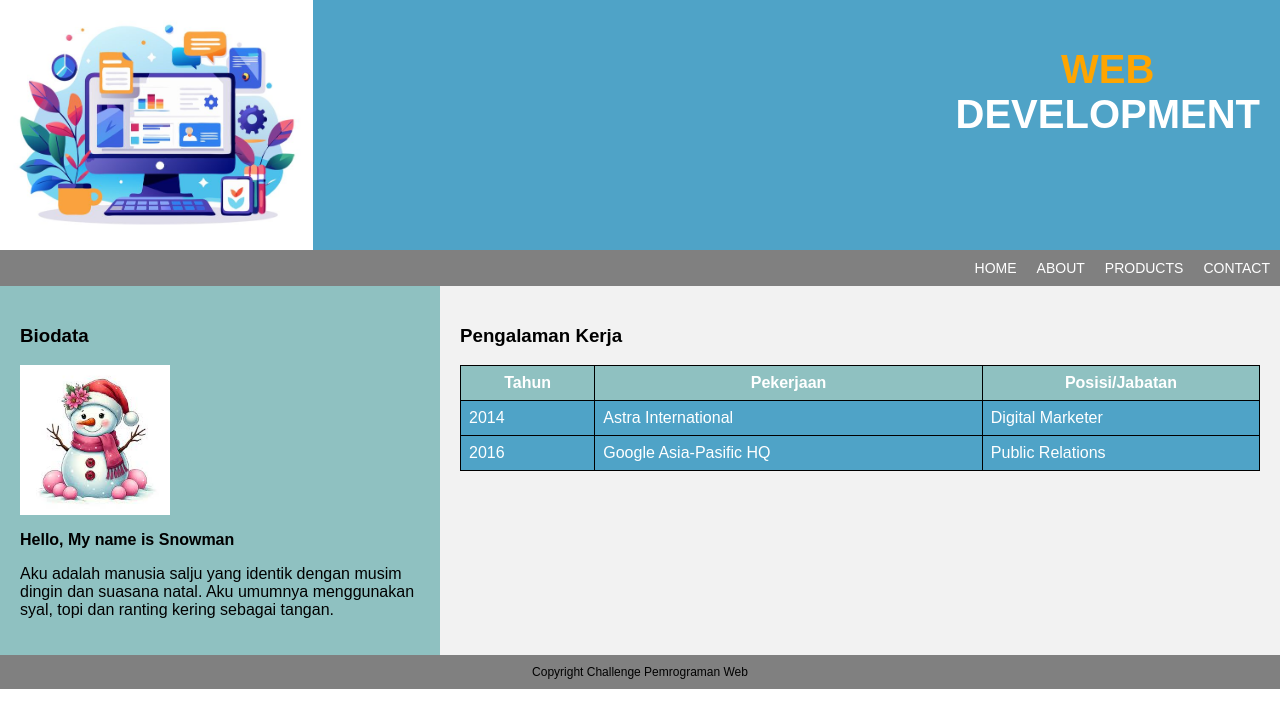
Repository: razitazhr/Pertemuan-6_24.116194
Page: Pertemuan 5/Challenge 5.html
An editor plug-in stored every save of this project. The page is shown before and after the next save, followed by the edit.
The browser window is 1280 px wide. The pictures show the whole page.

Above is the page before, as saved 2026-05-03 22:26:15.

### Pertemuan 5/Challenge 5.html
<!DOCTYPE html>
<html lang="en">
<head>
    <meta charset="UTF-8">
    <meta name="viewport" content="width=device-width, initial-scale=1.0">
    <title>Challenge 5_24.11.6194</title>
    <link rel="stylesheet" href="style.css">
</head>
<body>
    <div class="header">
        <div class="header">
            <div class="overlay">
                <h1><span>WEB</span>
                    <br>DEVELOPMENT</h1>
            </div>
        </div>
    </div>
    <div class="navbar">
        <a href="#">HOME</a>
        <a href="#">ABOUT</a>
        <a href="#">PRODUCTS</a>
        <a href="#">CONTACT</a>
    </div>
    <div class="container">
        <div class="biodata">
            <h3>Biodata</h3>
            <img src="snowman.jpg" alt="">
            <p><b>Hello, My name is Snowman</b></p>
            <p>Aku adalah manusia salju yang identik dengan musim dingin dan suasana natal. Aku umumnya menggunakan syal, topi dan ranting kering sebagai tangan.</p>
        </div>
        <div class="pengalaman">
        <h3>Pengalaman Kerja</h3>
        <table>
            <tr>
                <th>Tahun</th>
                <th>Pekerjaan</th>
                <th>Posisi/Jabatan</th>
            </tr>
            <tr>
                <td>2014</td>
                <td>Astra International</td>
                <td>Digital Marketer</td>
            </tr>
            <tr>
                <td>2016</td>
                <td>Google Asia-Pasific HQ</td>
                <td>Public Relations</td>
            </tr>
        </table>
    </div>
    </div>
    <div class="footer">
        Copyright Challenge Pemrograman Web
    </div>
</body>
</html>

### Pertemuan 5/Style.CSS
body {
    margin: 0;
    font-family: Arial;
}
.header {
    background-image: url('banner.jpg');
    background-size: contain;
    background-position: left;
    background-repeat: no-repeat;
    background-color: #4fa3c7;
    height: 250px;
    position: relative;
}
.overlay {
    background: rgba(0, 0, 0, 0, 3);
    height: 100%;
    display: flex;
    align-items: flex-start;
    justify-content: flex-end;
    padding: 20px;
}
.header h1 {
    color: white;
    font-size: 40px;
    text-align: center;
}
.header span {
    color: orange;
}
.navbar {
    display: flex;
    justify-content: flex-end;
    background: gray;
    padding: 10px;
}
.navbar a {
    color: white;
    text-decoration: none;
    margin-left: 20px;
    font-size: 14px;
}
.container {
    display: flex;
    min-height: 300px;
}
.biodata {
    flex: 1;
    background: #8fc1c1;
    padding: 20px;
}
.biodata img {
    width: 150px;
    display: block;
    margin-bottom: 10px;
}
.pengalaman {
    flex: 2;
    background: #f2f2f2;
    padding: 20px;
}
table {
    width: 100%;
    border-collapse: collapse;
}
th {
    background: #8fc1c1;
}
table {
    width: 100%;
    border-collapse: collapse;
    background-color: #4fa3c7
}
th, td {
    border: 1px solid black;
    padding: 8px;
    color: white;
}
.footer {
    background: gray;
    text-align: center;
    padding: 10px;
    font-size: 12px;
}

After the next save:
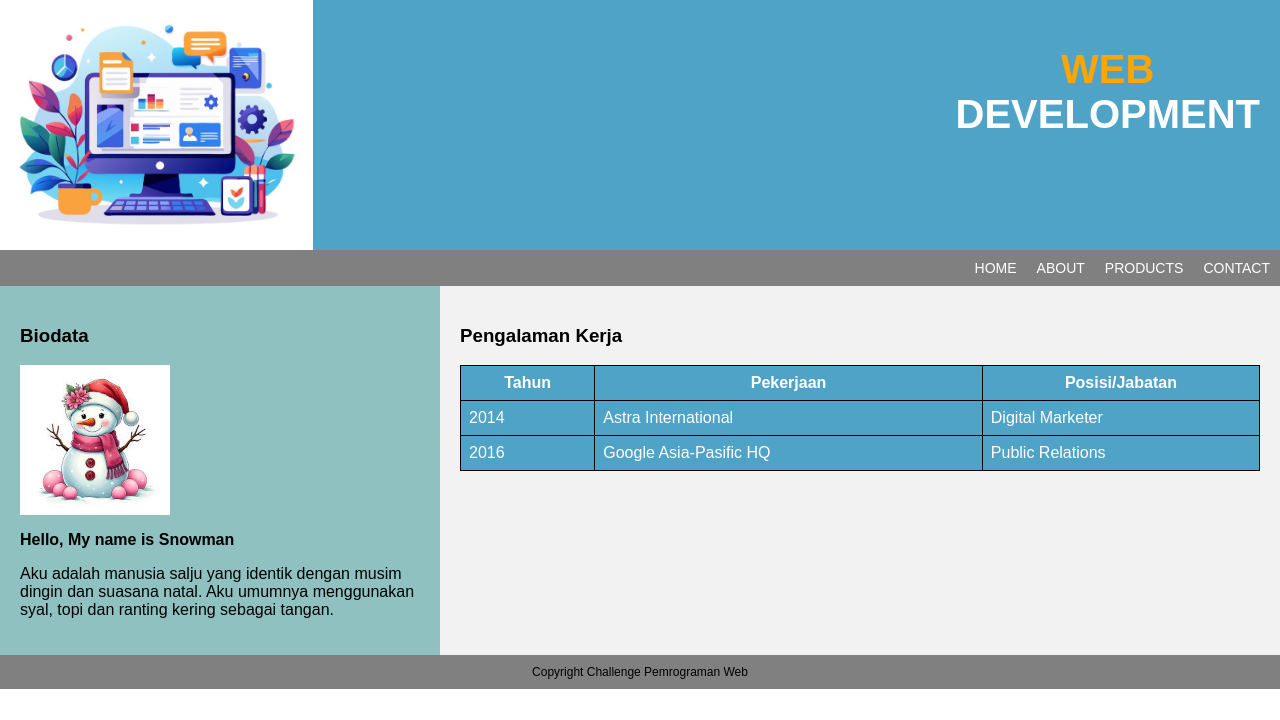
Saved 27 s later.
--- a/Pertemuan 5/Style.CSS
+++ b/Pertemuan 5/Style.CSS
@@ -63,7 +63,7 @@ table {
     border-collapse: collapse;
 }
 th {
-    background: #8fc1c1;
+    background: #4fa3c7;
 }
 table {
     width: 100%;
